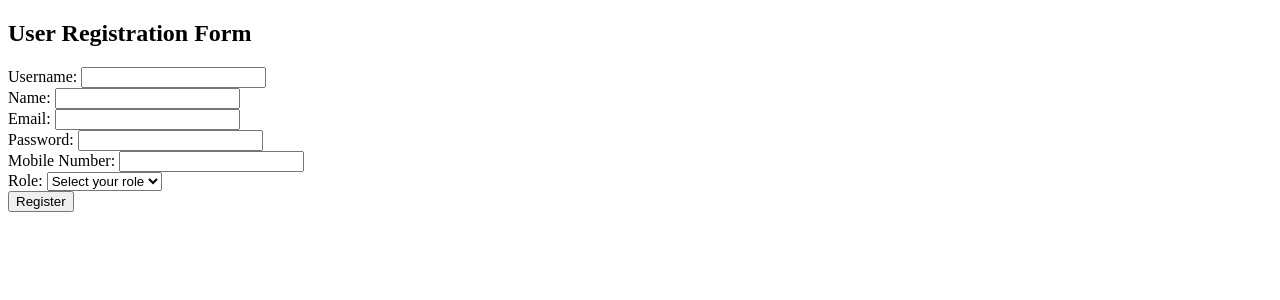
Repository: Himanshu-28/MealKings-AlphaRelease
Page: http://localhost/register
These files come from the project's save history. The page is drawn as it stood at one moment and after the next save; the edit follows.
The browser window is 1280 px wide. The pictures show the whole page.
The page is this project's Thymeleaf template; nobody is signed in. The template is opened directly, without the code that normally fills it, so the values that code supplies are empty.

Above is the page before, as saved 2024-09-21 13:48:06.

After the next save:
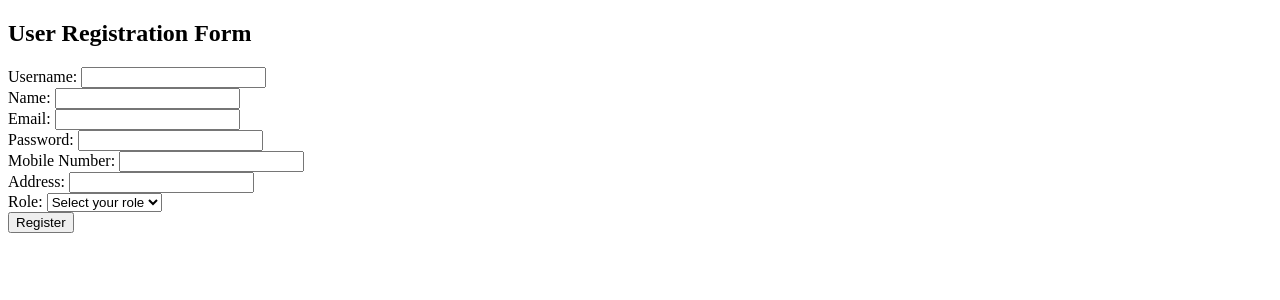
Saved 39 s later.
--- a/Authentication/src/main/resources/templates/register.html
+++ b/Authentication/src/main/resources/templates/register.html
@@ -36,6 +36,11 @@
         </div>
 
         <div>
+            <label for="address">Address:</label>
+            <input type="text" id="address" name="address" required>
+        </div>
+
+        <div>
             <label for="role">Role:</label>
             <select id="role" name="role" required>
                 <option value="" disabled selected>Select your role</option>
